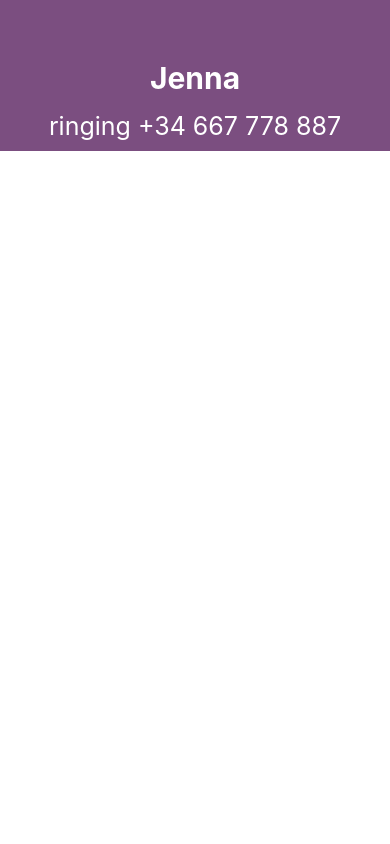
Repository: JennaFi/VideoCallApp
Screen: /
An editor plug-in stored every save of this project. The screen is shown before and after the next save, followed by the edit.
The app was drawn by React Native's web renderer in a window 390 px wide. The project was rebuilt for these pictures with package versions that can differ from the ones it lists, and the page was loaded fresh each time.

Above is the screen before, as saved 2022-01-11 23:40:42.

### App.js
/**
 * Sample React Native App
 * https://github.com/facebook/react-native
 *
 * @format
 * @flow strict-local
 */


import React from 'react';
import {
  SafeAreaView, StatusBar
} from 'react-native';
import CallingScreen from './src/screens/CallingScreen/index';




const App = () => {


  return (
    <SafeAreaView >
      <StatusBar barStyle={'dark-content'} />

      {/* <ContactsScreen /> */}
      <CallingScreen />

    </SafeAreaView>
  )
}



export default App

### src/screens/CallingScreen/index.js
import React from 'react'
import { StyleSheet, Text, View } from 'react-native'

const CallingScreen = () => {
  return (
    <View style={styles.page}>
      <View style={styles.cameraPreview}>
        <Text style={styles.name}>Jenna</Text>
        <Text style={styles.phoneNumber}>ringing +34 667 778 887</Text>

      </View>
    </View>)
}



const styles = StyleSheet.create({
  page: {
    height: '100%'

  },
  cameraPreview: {
    backgroundColor: '#7b4e80',
    flex: 1,
    alignItems: 'center',
    padding: 10


  },
  name: {
    fontSize: 30,
    fontWeight: 'bold',
    color: 'white',
    marginTop: 50,
    marginBottom: 15


  },
  phoneNumber: {
    fontSize: 25,
    color: 'white'

  }
})

export default CallingScreen

After the next save:
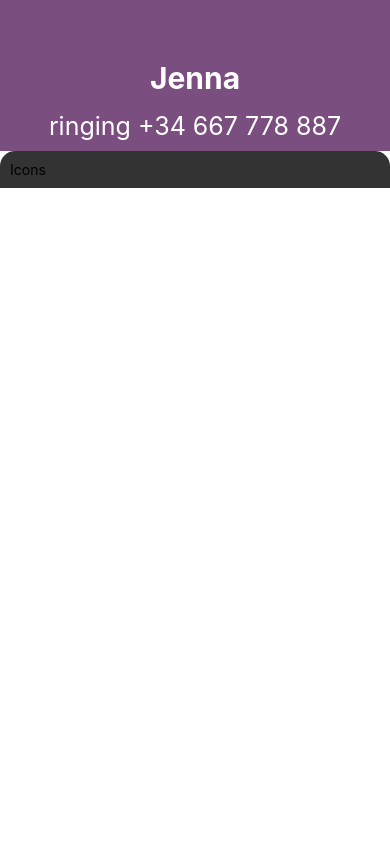
Saved 3 min 18 s later.
--- a/src/screens/CallingScreen/index.js
+++ b/src/screens/CallingScreen/index.js
@@ -8,6 +8,10 @@ const CallingScreen = () => {
         <Text style={styles.name}>Jenna</Text>
         <Text style={styles.phoneNumber}>ringing +34 667 778 887</Text>
 
+      </View>
+
+      <View style={styles.buttonsContainer}>
+        <Text>Icons</Text>
       </View>
     </View>)
 }
@@ -40,6 +44,12 @@ const styles = StyleSheet.create({
     fontSize: 25,
     color: 'white'
 
+  },
+  buttonsContainer: {
+    backgroundColor: '#333333',
+    padding: 10,
+    borderTopLeftRadius: 15,
+    borderTopRightRadius: 15
   }
 })
 
